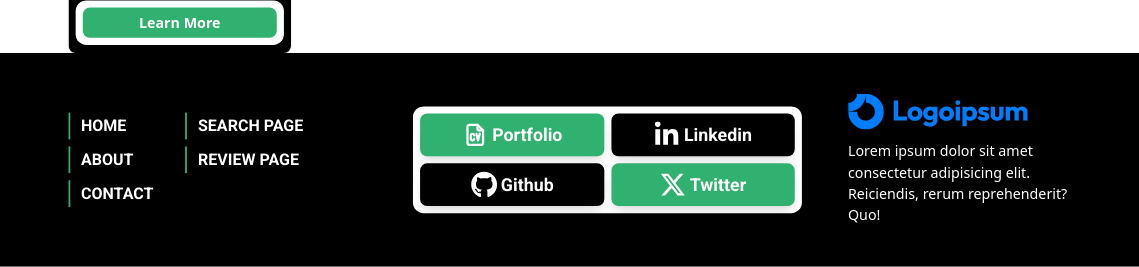
Repository: jayantatech/FrameFlick
Page: /movies
An editor plug-in stored every save of this project. The page is shown before and after the next save, followed by the edit.
The browser window is 1280 px wide. The pictures show the part of the page from y = 1022 to 2182 px (the page is 1322 px tall before and 2182 px after), at 89% of full size.
Pictures or frames that could not be fetched are drawn as grey boxes. The page's requests for data from a server got no answer. The project was rebuilt for these pictures with package versions that can differ from the ones it lists, and the page was loaded fresh each time. No one was signed in, and anything a server would have sent is missing. Also part of the build but not shown: vite.config.js, src/components/header/SearchBar.jsx, src/components/sliderComponent/button.css, src/components/sliderComponent/SliderComponent.jsx, src/pages/home/comingAttractions/ComingAttractions.jsx, src/pages/home/currentFavorites/CurrentFavorites.jsx, src/pages/home/movieGenres/MovieGenres.jsx, src/components/responsiveTitle/responsiveTitle.jsx and 11 more.

Above is the page before, as saved 2024-02-13 18:39:41.

After the next save:
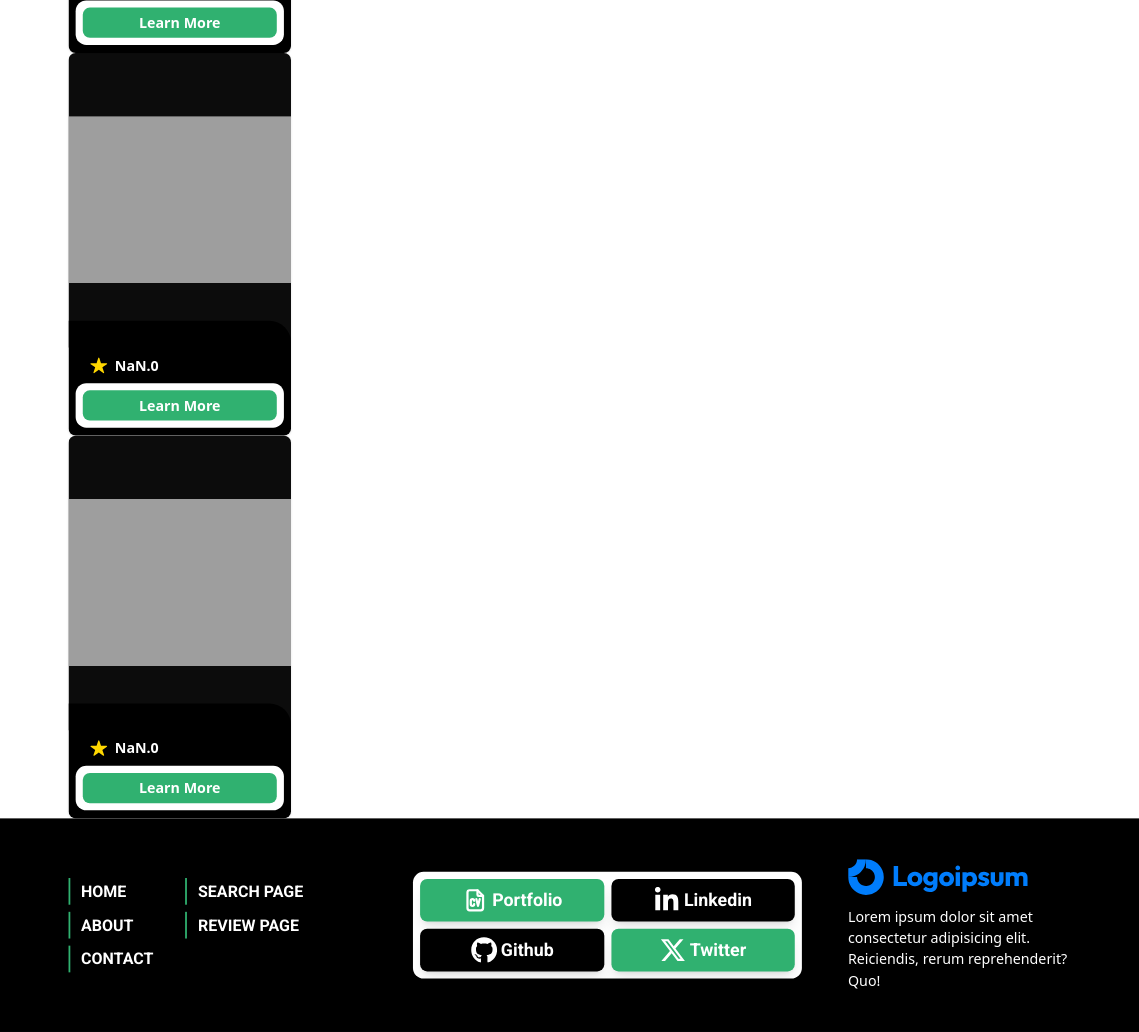
Saved 4 s later.
--- a/src/pages/moviePage/allMovies/AllMovies.jsx
+++ b/src/pages/moviePage/allMovies/AllMovies.jsx
@@ -7,6 +7,8 @@
     <div>
       <ContentWrapper>
         <FilmCard />
+        <FilmCard />
+        <FilmCard />
       </ContentWrapper>
     </div>
   );

After the save that followed:
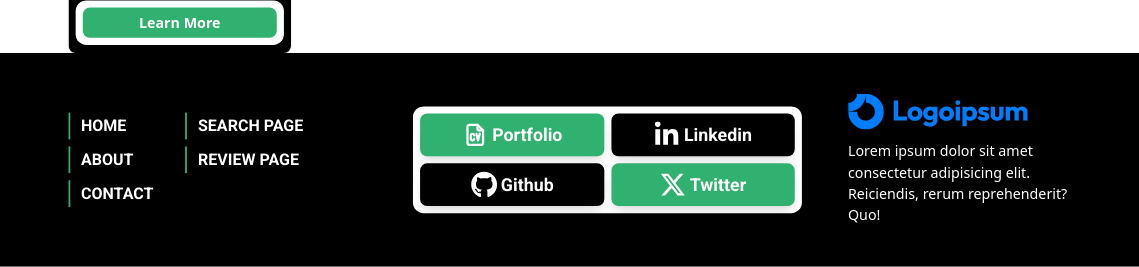
Saved 6 s later.
--- a/src/pages/moviePage/allMovies/AllMovies.jsx
+++ b/src/pages/moviePage/allMovies/AllMovies.jsx
@@ -6,8 +6,7 @@
   return (
     <div>
       <ContentWrapper>
-        <FilmCard />
-        <FilmCard />
+        <div></div>
         <FilmCard />
       </ContentWrapper>
     </div>
